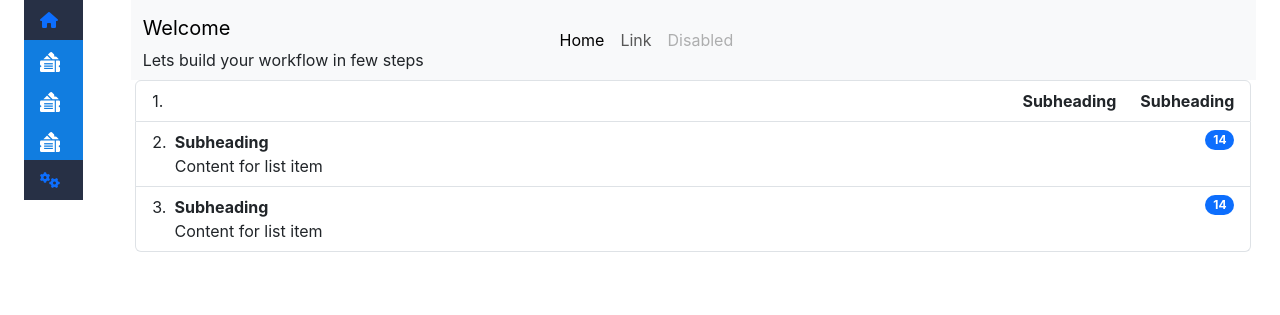
Repository: rishikarajeev/GL_HelpDesk
Page: /showtickets
An editor plug-in stored every save of this project. The page is shown before and after a run of saves, followed by the edit.
The browser window is 1280 px wide. The pictures show the whole page.
The project was rebuilt for these pictures with package versions that can differ from the ones it lists, and the page was loaded fresh each time. Also part of the build but not shown: src/App.css, src/Pages/HomePage.jsx.

Above is the page before, as saved 2024-01-08 20:58:26.

### public/index.html
<!DOCTYPE html>
<html lang="en">
  <head>
    <meta charset="utf-8" />
    <link rel="icon" href="%PUBLIC_URL%/favicon.ico" />
    <meta name="viewport" content="width=device-width, initial-scale=1" />
    <meta name="theme-color" content="#000000" />
    <meta
      name="description"
      content="Web site created using create-react-app"
    />
    <link rel="apple-touch-icon" href="%PUBLIC_URL%/logo192.png" />
    <link href="https://cdn.jsdelivr.net/npm/bootstrap@5.3.2/dist/css/bootstrap.min.css" rel="stylesheet" integrity="sha384-T3c6CoIi6uLrA9TneNEoa7RxnatzjcDSCmG1MXxSR1GAsXEV/Dwwykc2MPK8M2HN" crossorigin="anonymous">
   <script src="https://cdn.jsdelivr.net/npm/bootstrap@5.3.2/dist/js/bootstrap.bundle.min.js" integrity="sha384-C6RzsynM9kWDrMNeT87bh95OGNyZPhcTNXj1NW7RuBCsyN/o0jlpcV8Qyq46cDfL" crossorigin="anonymous"></script>
 <!--
      manifest.json provides metadata used when your web app is installed on a
      user's mobile device or desktop. See https://developers.google.com/web/fundamentals/web-app-manifest/
    -->
    <link rel="manifest" href="%PUBLIC_URL%/manifest.json" />
    <!--
      Notice the use of %PUBLIC_URL% in the tags above.
      It will be replaced with the URL of the `public` folder during the build.
      Only files inside the `public` folder can be referenced from the HTML.

      Unlike "/favicon.ico" or "favicon.ico", "%PUBLIC_URL%/favicon.ico" will
      work correctly both with client-side routing and a non-root public URL.
      Learn how to configure a non-root public URL by running `npm run build`.
    -->
    <title>React App</title>
  </head>
  <body>
    <noscript>You need to enable JavaScript to run this app.</noscript>
    <div id="root"></div>
    <!--
      This HTML file is a template.
      If you open it directly in the browser, you will see an empty page.

      You can add webfonts, meta tags, or analytics to this file.
      The build step will place the bundled scripts into the <body> tag.

      To begin the development, run `npm start` or `yarn start`.
      To create a production bundle, use `npm run build` or `yarn build`.
    -->
  </body>
</html>

### src/App.js
import logo from "./logo.svg";
import "./App.css";
import { BrowserRouter,Route,Routes } from "react-router-dom";
import ViewTickets from "./Pages/ViewTickets";
import HomePage from "./Pages/HomePage";
import SideBar from "./Components/SideBar";
import { Container, Row, Col } from "react-bootstrap";
import Header from "./Components/Header";

function App() {
  return (
    <BrowserRouter>
<Container fluid>
     <Row>
          <Col xl={1} >
            <SideBar />
            </Col>
            <Col xl={11}>
            <Header/>
            <Routes>
              <Route path="/" element={<HomePage />}></Route>
              <Route path="/showtickets" element={<ViewTickets />}></Route>
            </Routes>
            </Col>



         </Row>
       </Container>


    </BrowserRouter>
  );
}

export default App;

### src/Pages/ViewTickets.jsx
import React from 'react'

import "../Assets/Css/Styles.css"

function ViewTickets() {
  return (
    <div className='container'>


  <ol class="list-group list-group-numbered">
  <li class="list-group-item d-flex justify-content-between align-items-start">
<div>
  <div className='row'>
  <div className='col'>
  <div class="fw-bold">Subheading</div>
  </div>
  <div className='col'>
  <div class="fw-bold">Subheading</div>
    </div>
</div>
</div>
  </li>
  <li class="list-group-item d-flex justify-content-between align-items-start">
    <div class="ms-2 me-auto">
      <div class="fw-bold">Subheading</div>
      Content for list item
    </div>
    <span class="badge bg-primary rounded-pill">14</span>
  </li>
  <li class="list-group-item d-flex justify-content-between align-items-start">
    <div class="ms-2 me-auto">
      <div class="fw-bold">Subheading</div>
      Content for list item
    </div>
    <span class="badge bg-primary rounded-pill">14</span>
  </li>
</ol>
</div>

  )
}

export default ViewTickets

### src/Components/SideBar.jsx
import React from "react";

import "@fortawesome/fontawesome-free/css/all.min.css";
import ticketIcon from "../Assets//Images/Layer_1.png"
import  "../Assets/Css/Styles.css"

function SideBar() {
  return (
    <div class="container-fluid  ">
      <div class="row">
        <nav id="sidebar" class=" sidebar  ">
          <div class="position-sticky sideBg">
            <ul class="nav flex-column">
              <li class="nav-item">
                <a class="nav-link active" href="/">
                  <i class="fas fa-home"></i>
                </a>
              </li>
              <li class="nav-item  selectedColor" >
              <a className="nav-link active" href="/showtickets">
              <img src={ticketIcon} alt="Home Icon" className="icon" />
              </a>
              </li>
              <li class="nav-item  selectedColor" >
              <a className="nav-link active" href="#">
              <img src={ticketIcon} alt="Home Icon" className="icon" />
              </a>
              </li>
              <li class="nav-item  selectedColor" >
              <a className="nav-link active" href="#">
              <img src={ticketIcon} alt="Home Icon" className="icon" />
              </a>
              </li>
              <li class="nav-item">
                <a class="nav-link" href="#">
                  <i class="fas fa-cogs"></i>
                </a>
              </li>
            </ul>
          </div>
        </nav>
      </div>
    </div>
  );
}

export default SideBar;

### src/Components/Header.jsx
import React from 'react'

function Header() {
  return (
    <div class="container-fluid">
    <nav class="navbar navbar-expand-lg bg-body-tertiary">
    <div class="container-fluid">
      <button class="navbar-toggler" type="button" data-bs-toggle="collapse" data-bs-target="#navbarTogglerDemo03" aria-controls="navbarTogglerDemo03" aria-expanded="false" aria-label="Toggle navigation">
        <span class="navbar-toggler-icon"></span>
      </button>
      <div className='row'>
      <a class="navbar-brand" href="#">Welcome </a>
      <span>Lets build your workflow in few steps</span>
      </div>
      <div class="collapse navbar-collapse" id="navbarTogglerDemo03">
        <ul class="navbar-nav me-auto mb-2 mb-lg-0 align-items-end">
          <li class="nav-item">
            <a class="nav-link active" aria-current="page" href="">Home</a>
          </li>
          <li class="nav-item">
            <a class="nav-link" href="#">Link</a>
          </li>
          <li class="nav-item">
            <a class="nav-link disabled" aria-disabled="true">Disabled</a>
          </li>
        </ul>

      </div>
    </div>
  </nav>
  </div>
  )
}

export default Header

### src/Assets/Css/Styles.css
.sideBg{
    background-color:  #273045;
}
.selectedColor{
    background-color:  #117DE0;

}
.bgColor{
    background-color:  #EFEFEF;

}

Loaded but not shown: src/index.js (common file); src/index.css (common file); src/reportWebVitals.js (common file)

After the next 2 saves:
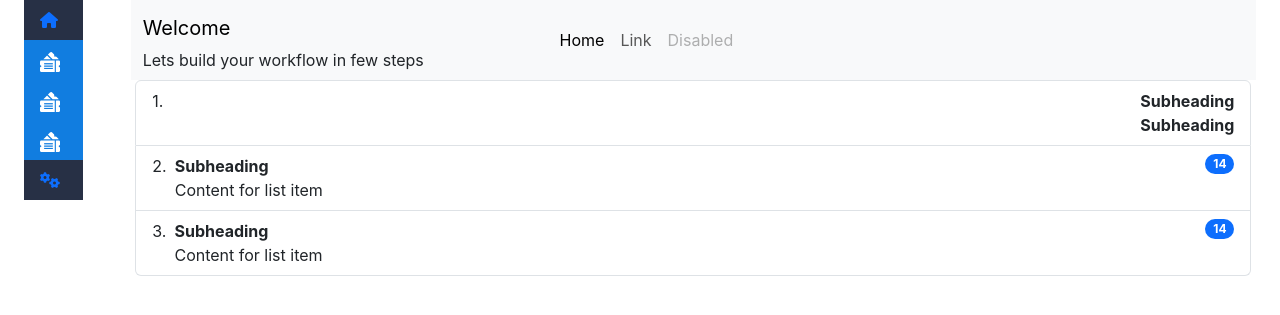
The 2 saves are shown as one change because they came seconds apart.
The last was saved 20 s later.
--- a/src/Pages/ViewTickets.jsx
+++ b/src/Pages/ViewTickets.jsx
@@ -10,14 +10,14 @@
   <ol class="list-group list-group-numbered">
   <li class="list-group-item d-flex justify-content-between align-items-start">
 <div>
-  <div className='row'>
+
   <div className='col'>
   <div class="fw-bold">Subheading</div>
   </div>
   <div className='col'>
   <div class="fw-bold">Subheading</div>
     </div>
-</div>
+
 </div>
   </li>
   <li class="list-group-item d-flex justify-content-between align-items-start">

After the 2 saves that followed:
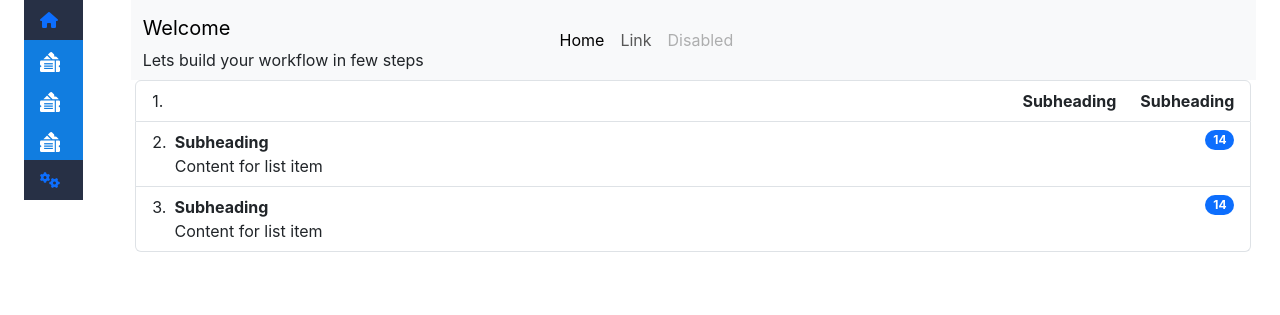
The 2 saves are shown as one change because they came seconds apart.
The last was saved 8 s later.
--- a/src/Pages/ViewTickets.jsx
+++ b/src/Pages/ViewTickets.jsx
@@ -10,14 +10,14 @@
   <ol class="list-group list-group-numbered">
   <li class="list-group-item d-flex justify-content-between align-items-start">
 <div>
-
+  <div className='row'>
   <div className='col'>
   <div class="fw-bold">Subheading</div>
   </div>
   <div className='col'>
   <div class="fw-bold">Subheading</div>
     </div>
-
+</div>
 </div>
   </li>
   <li class="list-group-item d-flex justify-content-between align-items-start">
